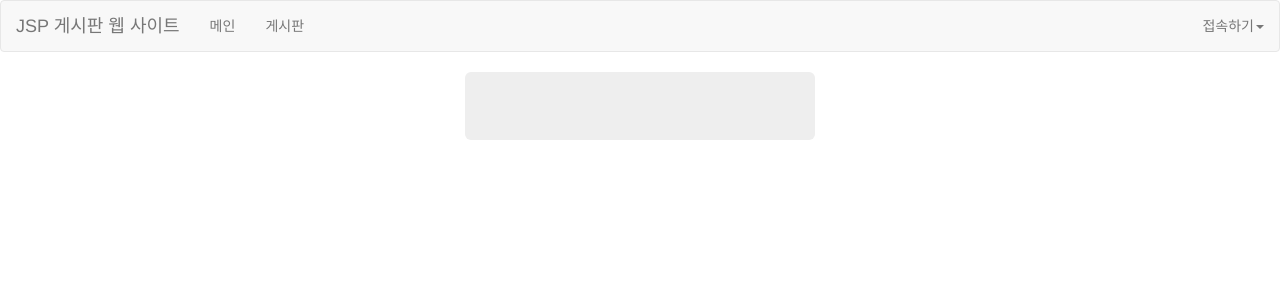
Repository: chyun94/JSP-
Page: http://localhost/BBS/join.jsp
These files come from the project's save history. The page is drawn as it stood at one moment and after the next save; the edit follows.
The browser window is 1280 px wide. The pictures show the whole page.
Some web libraries are served in a nearby version. The page is served by Tomcat 9.

Above is the page before, as saved 2021-05-07 11:28:38.

After the next save:
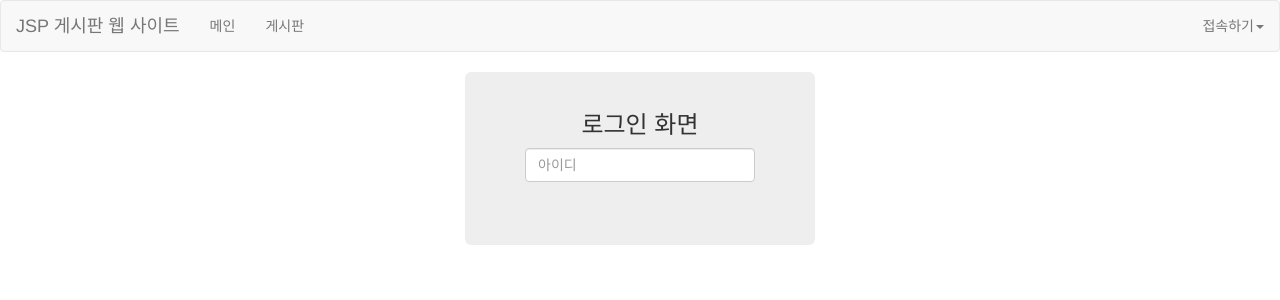
Saved 105 s later.
--- a/BBS/WebContent/join.jsp
+++ b/BBS/WebContent/join.jsp
@@ -49,7 +49,12 @@
 		<div class="col-lg-4"></div>
 		<div class="col-lg-4">
 			<div class="jumbotron" style="padding-top: 20px;">
-
+				<form method="post"  action="loginAction.jsp">
+					<h3 style="text-align: center;">로그인 화면</h3>
+					<div class="form-group">
+						<input type="text" class="form-control" placeholder="아이디" name="userID" maxlength="20">
+					</div>
+				</form>
 			</div>
 		</div>
 	</div>
